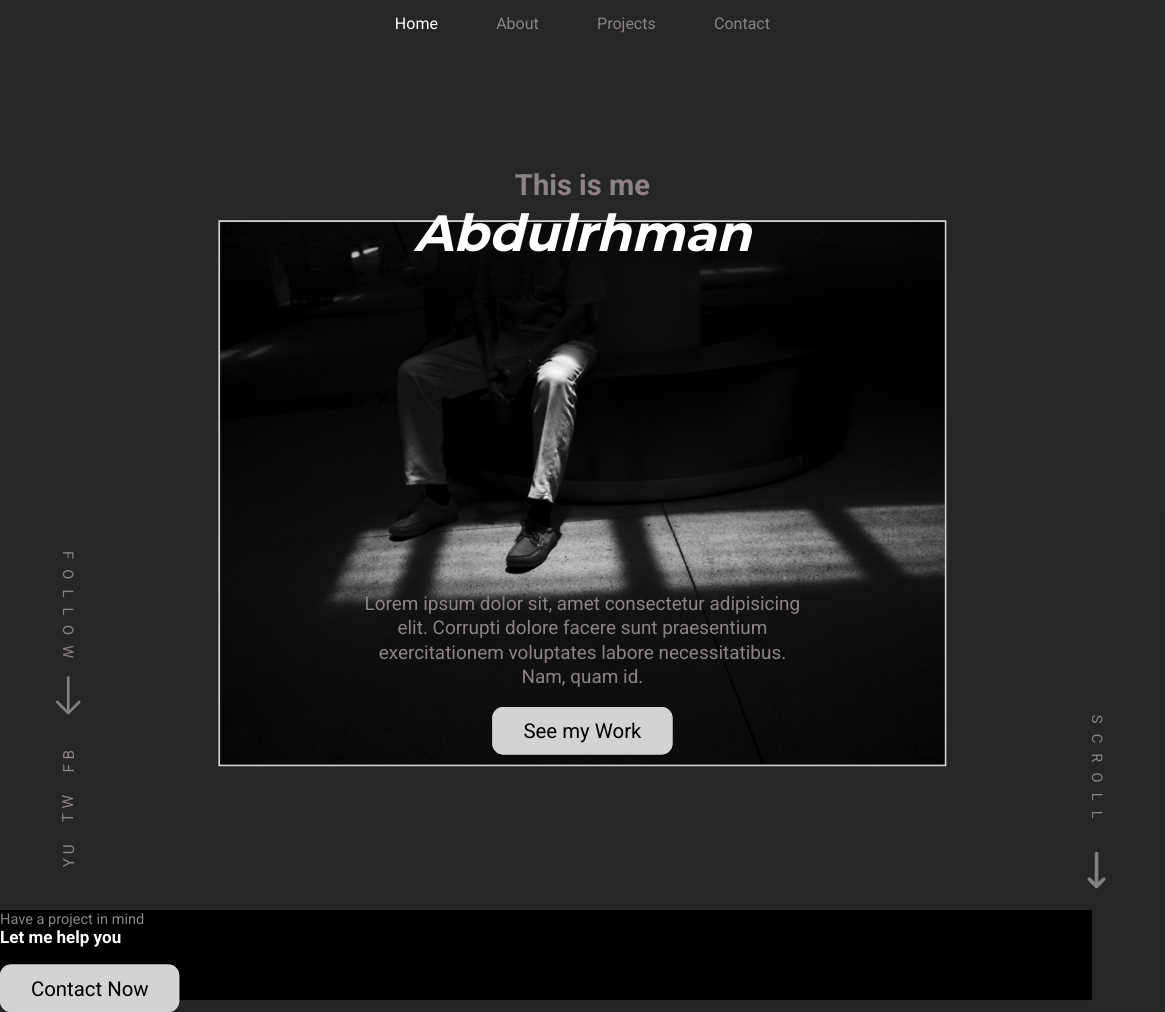
Repository: Abdoulrhman-altyeb/React-Typescript
Page: /
An editor plug-in stored every save of this project. The page is shown before and after the next save, followed by the edit.
The browser window is 1280 px wide. The pictures show the whole page, at 91% of full size.
The project was rebuilt for these pictures with package versions that can differ from the ones it lists, and the page was loaded fresh each time. Also part of the build but not shown: src/Pages/Contact.tsx, src/Pages/About.tsx, src/Pages/Projects.tsx.

Above is the page before, as saved 2021-05-18 15:53:24.

After the next save:
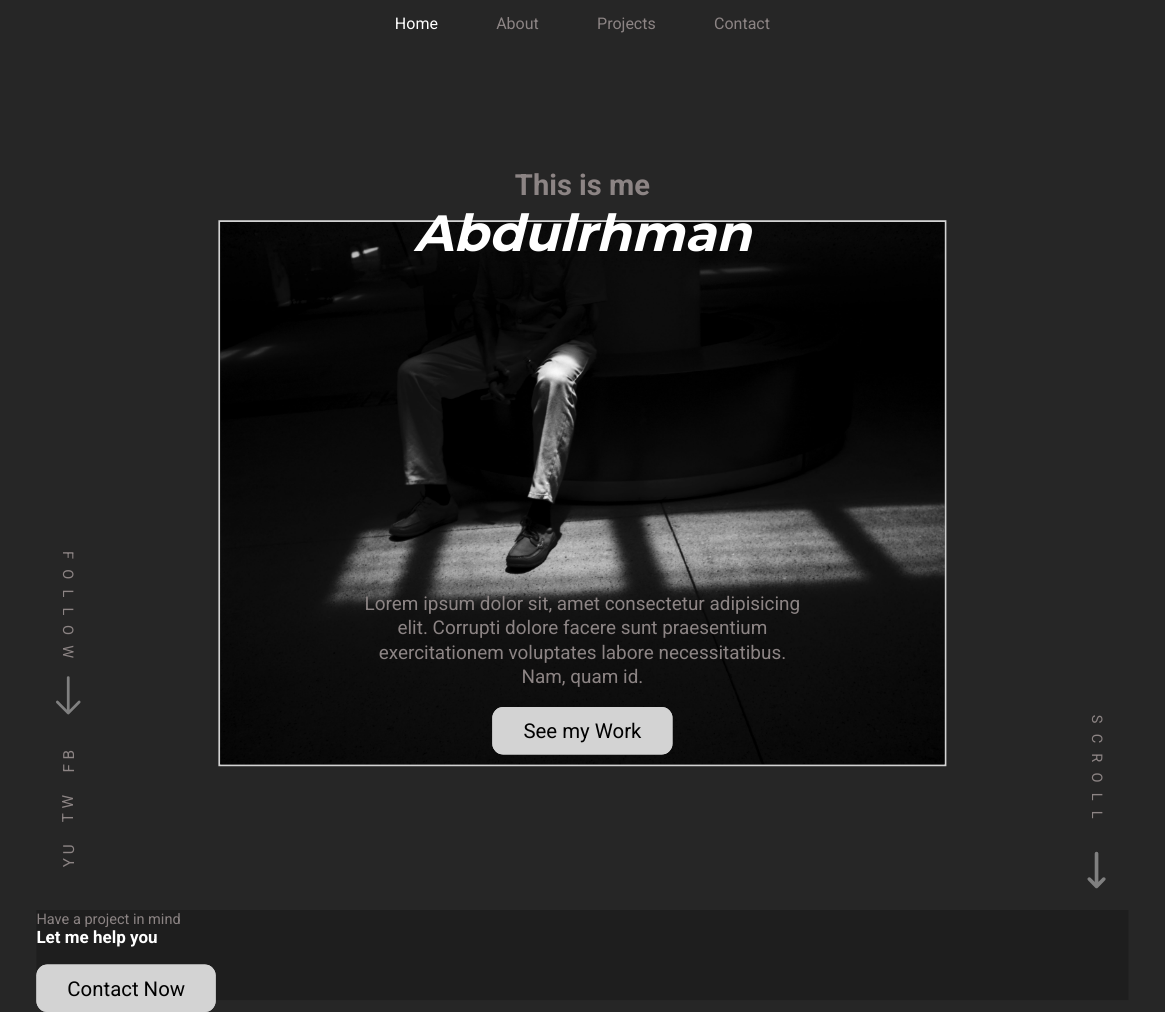
Saved 25 s later.
--- a/src/components/ContactButton.tsx
+++ b/src/components/ContactButton.tsx
@@ -15,7 +15,8 @@ const ContactButton: React.FC = () => {
 const STYLEDIV = styled.div`
     max-width:1200px;
     width:100%;
-    background:black
+    background:#1E1E1E;
+    margin:0 auto;
 `;
 
 export default ContactButton;
